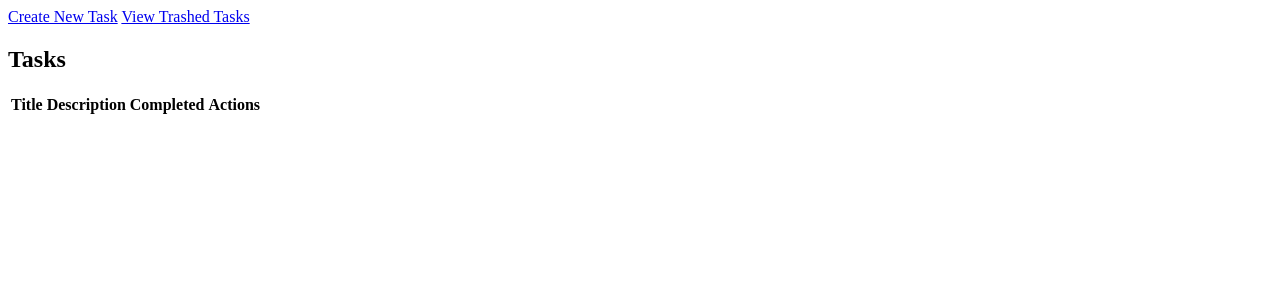
Repository: Abdulahi338/Crude-operation-using-MVC
Page: http://localhost/tasks
An editor plug-in stored every save of this project. The page is shown before and after the next save, followed by the edit.
The browser window is 1280 px wide. The pictures show the whole page.
The page is served by the project's Laravel application, run on PHP 8.4 with Laravel 12. Other server files are loaded and not shown. Queries for data that is not in the repository find no rows.

Above is the page before, as saved 2024-09-12 15:21:15.

### routes/web.php
<?php
use App\Http\Controllers\TaskController;

// Define routes
Route::resource('tasks', TaskController::class);
Route::post('/tasks/{task}/restore', [TaskController::class, 'restore'])->name('tasks.restore');
Route::get('/tasks.trashed', [TaskController::class, 'trashed'])->name('tasks.trashed');
Route::post('/tasks/restore-all', [TaskController::class, 'restoreAll'])->name('tasks.restore.all');

### app/Http/Controllers/TaskController.php
<?php

namespace App\Http\Controllers;

use App\Models\Task;
use Illuminate\Http\Request;

class TaskController extends Controller
{
    // Display a listing of the tasks.
    public function index()
    {
        // Fetch only non-deleted tasks
        $tasks = Task::whereNull('deleted_at')->get();
        return view('tasks.index', compact('tasks'));
    }

    // Show the form for creating a new task.
    public function create()
    {
        return view('tasks.create');
    }

    // Store a newly created task in storage.
    public function store(Request $request)
    {
        $request->validate([
            'title' => 'required|max:255',
            'description' => 'nullable',
        ]);

        Task::create($request->all());
        return redirect()->route('tasks.index')->with('success', 'Task created successfully.');
    }

    // Display the specified task.
    public function show(Task $task)
    {
        return view('tasks.show', compact('task'));
    }

    // Show the form for editing the specified task.
    public function edit(Task $task)
    {
        return view('tasks.edit', compact('task'));
    }

    // Update the specified task in storage.
    public function update(Request $request, Task $task)
    {
        $request->validate([
            'title' => 'required|max:255',
            'description' => 'nullable',
        ]);

        $task->update($request->all());
        return redirect()->route('tasks.index')->with('success', 'Task updated successfully.');
    }

    // Remove the specified task from storage.
    public function destroy(Task $task)
    {
        $task->delete(); // Soft delete
        return redirect()->route('tasks.index')->with('success', 'Task deleted successfully.');
    }

    // Restore a soft-deleted task.
    public function restore($id)
    {
        $task = Task::onlyTrashed()->findOrFail($id);

        if ($task) {
            $task->restore();
            return redirect()->route('tasks.index')->with('success', 'Task restored successfully.');
        }

        return redirect()->route('tasks.index')->with('error', 'Task not found.');
    }


    public function trashed()
    {
        $tasks = Task::onlyTrashed()->get();
        return view('tasks.trashed', compact('tasks'));
    }
    public function restoreAll()
    {
        Task::onlyTrashed()->restore();
        return redirect()->route('tasks.trashed')->with('success', 'All trashed tasks have been restored.');
    }
}

### app/Models/Task.php
<?php

namespace App\Models;

use Illuminate\Database\Eloquent\Factories\HasFactory;
use Illuminate\Database\Eloquent\Model;
use Illuminate\Database\Eloquent\SoftDeletes; // Import SoftDeletes trait

class Task extends Model
{
    use HasFactory, SoftDeletes;

    protected $fillable = [
        'title',
        'description',
        'completed',
    ];

    // Specify which attributes should be treated as dates
    protected $dates = ['deleted_at'];
}

### resources/views/tasks/index.blade.php
<!DOCTYPE html>
<html lang="en">
<head>
    <meta charset="UTF-8">
    <meta name="viewport" content="width=device-width, initial-scale=1.0">
    <title>Tasks</title>
    {{-- <link rel="stylesheet" href="https://maxcdn.bootstrapcdn.com/bootstrap/4.0.0/css/bootstrap.min.css"> --}}
</head>
<body>
    <div class="container mt-4">
        @if (session('success'))
            <div class="alert alert-success">
                {{ session('success') }}
            </div>
        @elseif (session('error'))
            <div class="alert alert-danger">
                {{ session('error') }}
            </div>
        @endif

        <a href="{{ route('tasks.create') }}" class="btn btn-primary mb-3">Create New Task</a>
        <a href="{{ route('tasks.trashed') }}" class="btn btn-secondary mb-3">View Trashed Tasks</a>

        <h2>Tasks</h2>
        <table class="table table-bordered">
            <thead>
                <tr>
                    <th>Title</th>
                    <th>Description</th>
                    <th>Completed</th>
                    <th>Actions</th>
                </tr>
            </thead>
            <tbody>
                @foreach ($tasks as $task)
                    <tr>
                        <td>{{ $task->title }}</td>
                        <td>{{ $task->description }}</td>
                        <td>{{ $task->completed ? 'Yes' : 'No' }}</td>
                        <td>
                            <a href="{{ route('tasks.edit', $task->id) }}" class="btn btn-warning">Edit</a>

                            <form action="{{ route('tasks.destroy', $task->id) }}" method="POST" style="display:inline;">
                                @csrf
                                @method('DELETE')
                                <button type="submit" class="btn btn-danger">Delete</button>
                            </form>
                        </td>
                    </tr>
                @endforeach
            </tbody>
        </table>
    </div>
    {{-- <script src="https://code.jquery.com/jquery-3.2.1.slim.min.js"></script>
    <script src="https://cdnjs.cloudflare.com/ajax/libs/popper.js/1.11.0/umd/popper.min.js"></script>
    <script src="https://maxcdn.bootstrapcdn.com/bootstrap/4.0.0/js/bootstrap.min.js"></script> --}}
</body>
</html>

Loaded but not shown: app/Http/Controllers/Controller.php (common file)

After the next save:
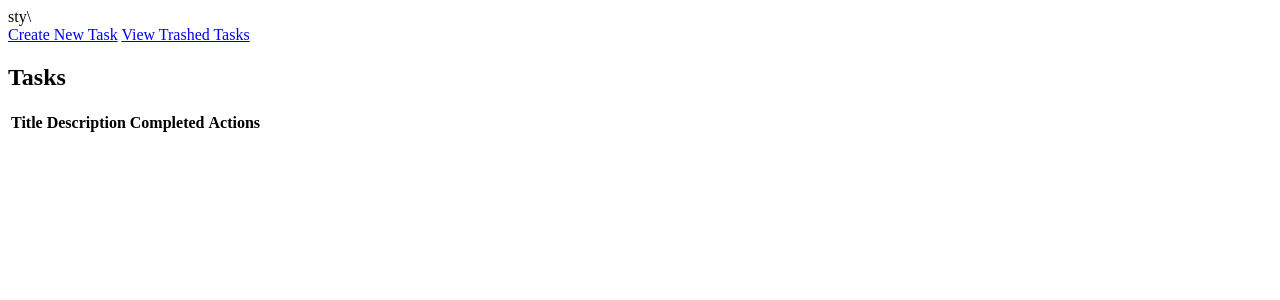
Saved 45 s later.
--- a/resources/views/tasks/index.blade.php
+++ b/resources/views/tasks/index.blade.php
@@ -5,6 +5,7 @@
     <meta name="viewport" content="width=device-width, initial-scale=1.0">
     <title>Tasks</title>
     {{-- <link rel="stylesheet" href="https://maxcdn.bootstrapcdn.com/bootstrap/4.0.0/css/bootstrap.min.css"> --}}
+    sty\
 </head>
 <body>
     <div class="container mt-4">
